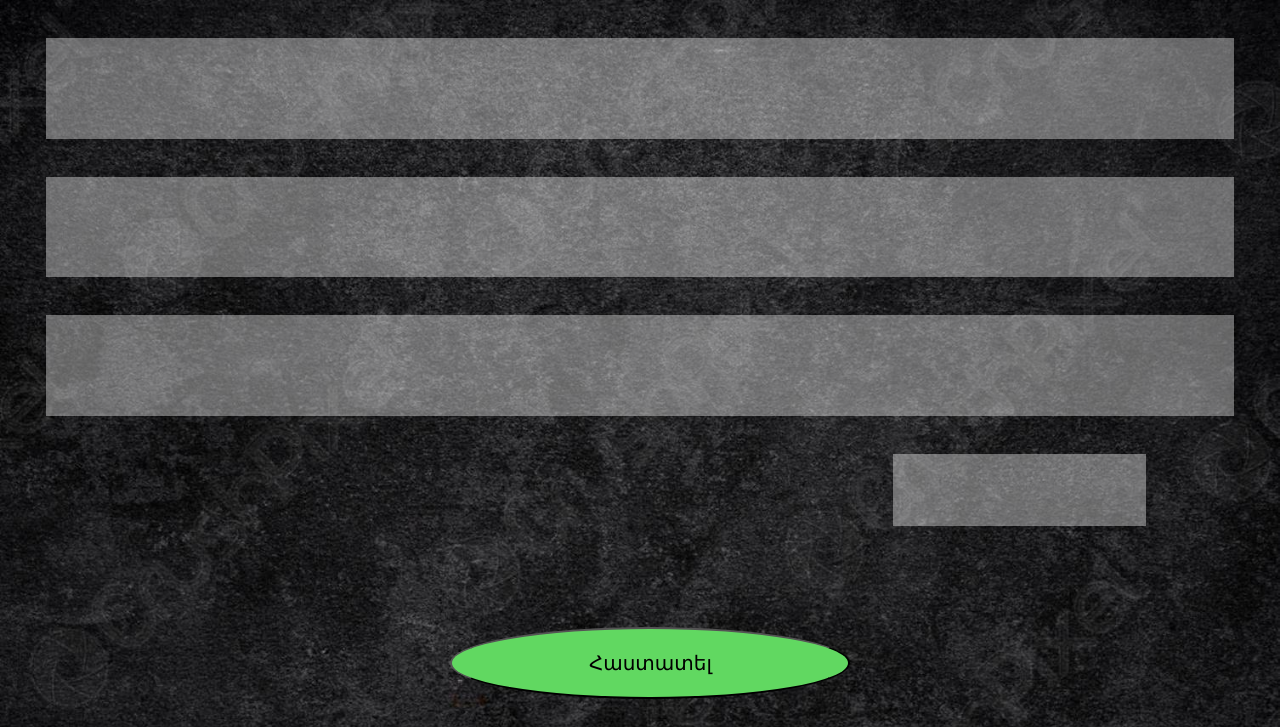
Repository: NarekTovmasyan/PizzaManue
Page: public/basket.html
These files come from the project's save history. The page is drawn as it stood at one moment and after the next save; the edit follows.
The browser window is 1280 px wide. The pictures show the whole page.

Above is the page before, as saved 2022-01-20 13:16:09.

### public/basket.html
<!DOCTYPE html>
<html lang="en">
<head>
    <meta charset="UTF-8">
    <meta http-equiv="X-UA-Compatible" content="IE=edge">
    <meta name="viewport" content="width=device-width, initial-scale=1.0">
    <link rel="stylesheet" href="basket.css">
    <title>BASKET</title>

</head>
<body>
    <div class= "main">
        <div class ="prop">
            <div></div>
            <div></div>
            <div></div>
            <div></div>
            <div></div>
            <div></div>
         </div>
        <div class ="prop">
            <div></div>
            <div></div>
            <div></div>
            <div></div>
            <div></div>
            <div></div>
        </div>
        <div class ="prop">
            <div></div>
            <div></div>
            <div></div>
            <div></div>
            <div></div>
            <div></div>
        </div>
        <div class ="sum"></div>
        <div class = "confirm"><button class = "button">Հաստատել</button></div>
    </div>
</body>
</html>

### public/basket.css
body {
    background-image: url(./images/background.jpg);
    background-repeat: no-repeat;
    background-size: cover;
  }
 .main{
      width: 100%;
      height: 80vh;
}
.prop{
  background-color: rgba(255, 255, 255, 0.377) ;
  color: grey;
  width: 94%;
  height: 14vh;
  margin-top: 3%;
  margin-left: 3%;
}
.sum{
    background-color: rgba(255, 255, 255, 0.377) ;
    width: 20%;
    height: 10vh;
    margin-top: 3%;
    margin-left: 70%;
}
.confirm{
    width: 30%;
    height: 100px;
    margin-top: 8%;
    margin-left:35%;


}
.button{
    padding: 22px 15px;
    background-color:rgb(97, 216, 97);
    border-radius: 50%;
    text-align:center;
    width: 400px;
    font-size: 20px;
}

After the next save:
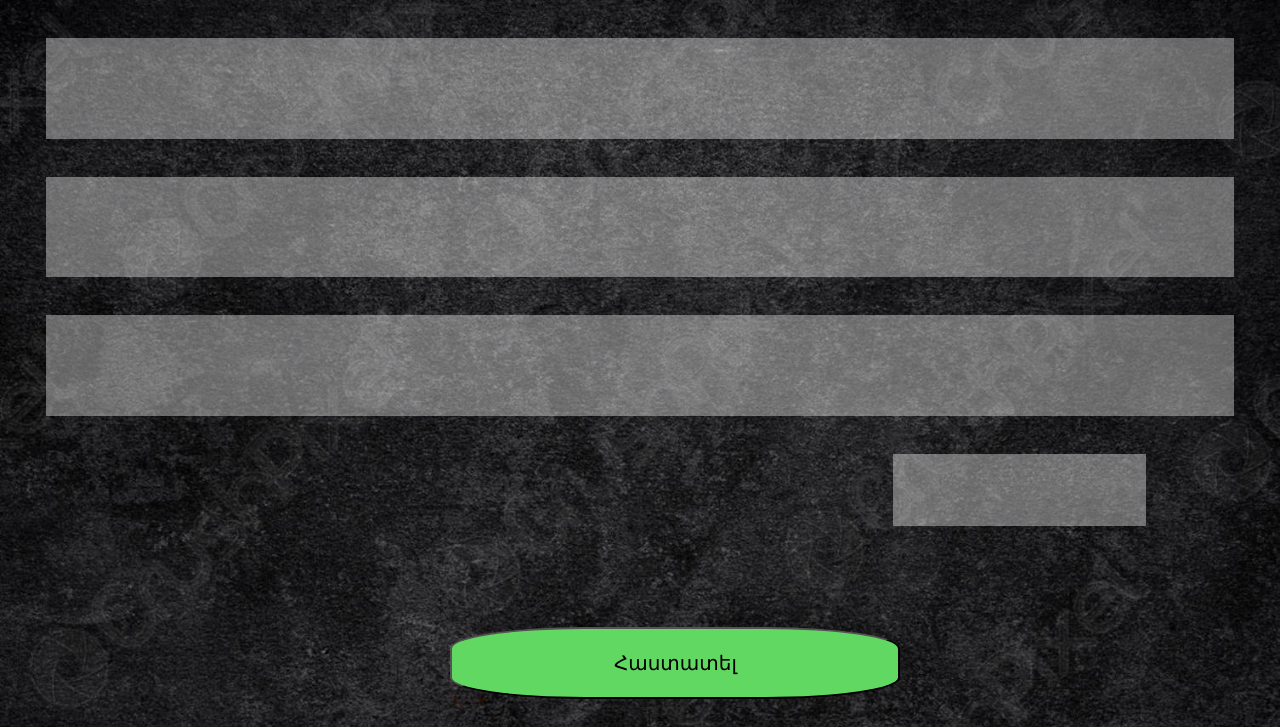
Saved 49 s later.
--- a/public/basket.css
+++ b/public/basket.css
@@ -33,8 +33,8 @@
 .button{
     padding: 22px 15px;
     background-color:rgb(97, 216, 97);
-    border-radius: 50%;
+    border-radius: 30%;
     text-align:center;
-    width: 400px;
+    width: 450px;
     font-size: 20px;
 }
